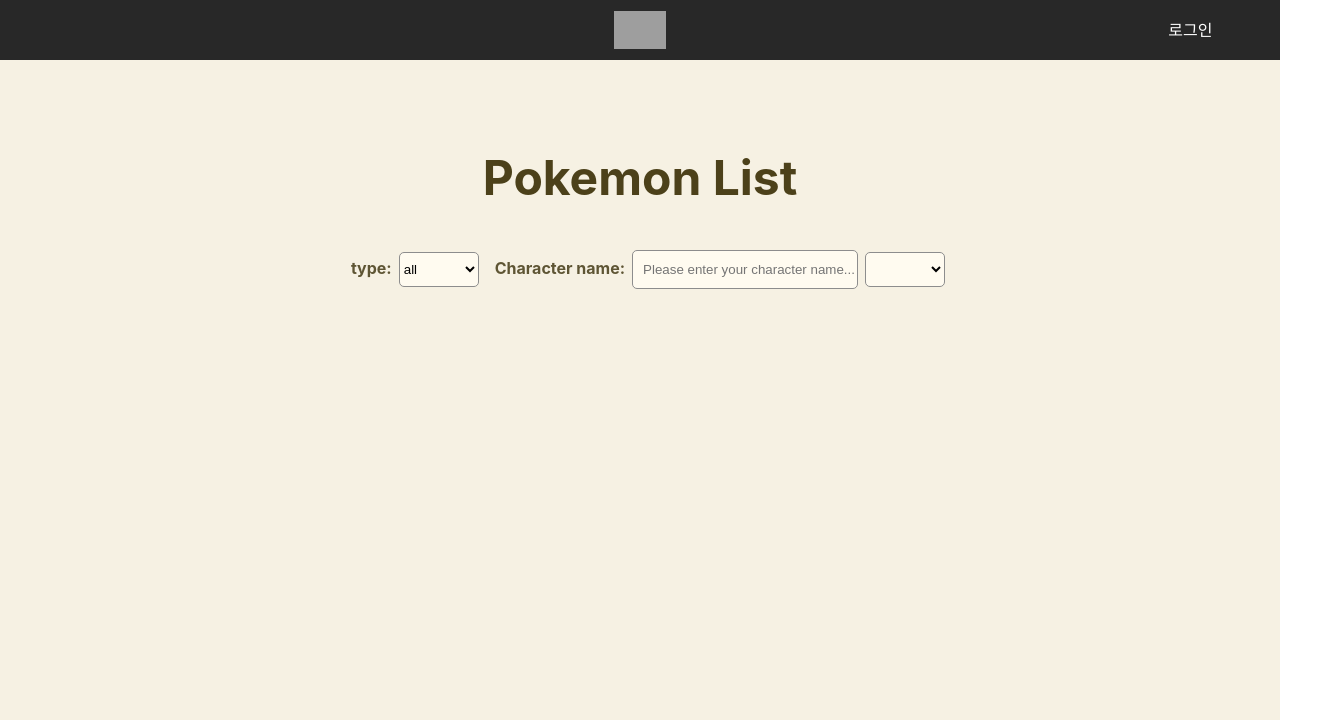
Repository: LeeYuNa0402/pokemon_vite
Page: /
An editor plug-in stored every save of this project. The page is shown before and after a run of saves, followed by the edit.
The browser window is 1280 px wide. The page is 1340 px wide, so the pictures cover 1340 px, including what lies to the right of the window. The pictures show the whole page.
Pictures or frames that could not be fetched are drawn as grey boxes. The page's requests for data from a server got no answer. The project was rebuilt for these pictures with package versions that can differ from the ones it lists, and the page was loaded fresh each time. No one was signed in, and anything a server would have sent is missing. Also part of the build but not shown: vite.config.ts, src/css/pokemon_type.css, src/PokemonDetail.tsx, src/Login.tsx, src/LoginInfo.tsx.

Above is the page before, as saved 2023-10-10 10:55:34.

### src/main.tsx
// import React from "react";
// import ReactDOM from "react-dom/client";
// import App from "./App.tsx";
// import "./index.css";

// ReactDOM.createRoot(document.getElementById("root")!).render(
//   <>
//     <App />
//   </>
// );

import ReactDOM from "react-dom/client";
import "./index.css";
import App from "./App";
import PokemonDetail from "./PokemonDetail";
import Login from "./Login";
import LoginInfo from "./LoginInfo";

import { createBrowserRouter, RouterProvider } from "react-router-dom";

const router = createBrowserRouter([
  {
    path: "/",
    element: <App />,
  },
  {
    path: ":name",
    element: <PokemonDetail />,
  },
  {
    path: "Login",
    element: <Login />,
  },
  {
    path: "LoginInfo",
    element: <LoginInfo />,
  },
]);

// const router = createBrowserRouter([
//   {
//     path: "/",
//     element: <Login />,
//   },
//   {
//     path: ":name",
//     element: <PokemonDetail />,
//   },
//   {
//     path: "App",
//     element: <App />,
//   },
//   {
//     path: "LoginInfo",
//     element: <LoginInfo />,
//   },
// ]);

const root = ReactDOM.createRoot(
  document.getElementById("root") as HTMLElement
);
root.render(<RouterProvider router={router} />);

### src/App.tsx
import PokemonList from "./PokemonList";

const App = () => {
  return (
    <div>
      <PokemonList />
    </div>
  );
};

export default App;

### src/PokemonList.tsx
import { useEffect, useState } from "react";
import axios from "axios";
import { useNavigate } from "react-router-dom";
import "./css/reset.css";
import "./css/style.css";
import CombineMenu from "./CombineMenu";
import Loading from "./Loading";

const PokemonList = () => {
  const navigate = useNavigate();
  // const { state } = useLocation();
  const [data, setData] = useState<any>([]);

  const [loading, setLoading] = useState(true);

  const [filterInput, setFilterInput] = useState("");
  const [filterSelect, setFilterSelect] = useState("all");
  const [sortName, setSortName] = useState("");
  const filterOptions = [
    { value: "all", name: "all" },
    { value: "grass", name: "grass" },
    { value: "poison", name: "poison" },
    { value: "fire", name: "fire" },
    { value: "flying", name: "flying" },
    { value: "water", name: "water" },
    { value: "bug", name: "bug" },
    { value: "normal", name: "normal" },
  ];

  useEffect(() => {
    const fetchData = async () => {
      const pokemonData = [];

      for (let i = 1; i <= 20; i++) {
        try {
          const response = await axios.get(
            `https://pokeapi.co/api/v2/pokemon/${i}`
          );
          pokemonData.push(response.data);
        } catch (error) {
          console.log(error, `pokemon ${i}`);
        }
      }

      setData(pokemonData);
      setLoading(false);
    };

    fetchData();
  }, []);

  const filteredData = data.filter((item: any) => {
    if (item.name.toLowerCase().includes(filterInput.toLowerCase()) === false) {
      console.log("없음");
    } else {
      if (filterSelect === "all") {
        return item.name.toLowerCase().includes(filterInput.toLowerCase());
      } else {
        return (
          item.name.toLowerCase().includes(filterInput.toLowerCase()) &&
          item.types.some((type: any) => type.type.name === filterSelect)
        );
      }
    }
  });

  return (
    <div className="pokemon-list">
      {loading ? (
        <Loading />
      ) : (
        <>
          <CombineMenu />

          <h1 className="main-tit">Pokemon List</h1>
          <form className="pokemon-search">
            <label htmlFor="types">type:</label>
            <select
              id="types"
              value={filterSelect}
              onChange={(e) => {
                setFilterSelect(e.target.value);
              }}
            >
              {filterOptions.map((option) => (
                <option key={option.value} value={option.value}>
                  {option.name}
                </option>
              ))}
            </select>

            <label htmlFor="types">Character name:</label>
            <input
              type="text"
              placeholder="Please enter your character name..."
              value={filterInput}
              onChange={(e) => {
                setFilterInput(e.target.value);
              }}
              className="search_input"
            />

            <select
              value={sortName}
              onChange={(e) => setSortName(e.target.value)}
            ></select>
          </form>
          <ul className="pokemon-cont">
            {filteredData?.map((item: any, index: number) => (
              <li
                onClick={() =>
                  navigate(item.name, {
                    state: {
                      name: item.name,
                      height: item.height,
                      weight: item.weight,
                      front_shiny: item.sprites.front_default,
                    },
                  })
                }
                key={`list_${index}`}
              >
                <span className="order"># {item.order}</span>
                <h2 className="name">{item.name}</h2>
                <img key={`list_${index}`} src={item.sprites.front_shiny} />

                <div>
                  {item?.types?.map((item: any, idx: any) => (
                    <p
                      key={`${idx}_${item.ability}`}
                      className={
                        item.type.name == "grass"
                          ? "grass"
                          : item.type.name == "water"
                          ? "water"
                          : item.type.name == "fire"
                          ? "fire"
                          : item.type.name == "bug"
                          ? "bug"
                          : item.type.name == "normal"
                          ? "normal"
                          : item.type.name == "poison"
                          ? "poison"
                          : item.type.name == "flying"
                          ? "flying"
                          : ""
                      }
                    >
                      {item.type.name}
                    </p>
                  ))}
                </div>
              </li>
            ))}
          </ul>
        </>
      )}
    </div>
  );
};

export default PokemonList;

### src/css/reset.css
html,
body,
div,
span,
applet,
object,
iframe,
h1,
h2,
h3,
h4,
h5,
h6,
p,
blockquote,
pre,
a,
abbr,
acronym,
address,
big,
cite,
code,
del,
dfn,
em,
img,
ins,
kbd,
q,
s,
samp,
small,
strike,
strong,
sub,
sup,
tt,
var,
b,
u,
i,
center,
dl,
dt,
dd,
ol,
ul,
li,
fieldset,
form,
label,
legend,
table,
caption,
tbody,
tfoot,
thead,
tr,
th,
td,
article,
aside,
canvas,
details,
embed,
figure,
figcaption,
footer,
header,
hgroup,
menu,
nav,
output,
ruby,
section,
summary,
time,
mark,
audio,
video {
  margin: 0;
  padding: 0;
  border: 0;
  font-size: 100%;
  font: inherit;
  vertical-align: baseline;
  /* color: #000; */
}
/* HTML5 display-role reset for older browsers */
article,
aside,
details,
figcaption,
figure,
footer,
header,
hgroup,
menu,
nav,
section {
  display: block;
}
body {
  line-height: 1;
}
ol,
ul {
  list-style: none;
}
blockquote,
q {
  quotes: none;
}
blockquote:before,
blockquote:after,
q:before,
q:after {
  content: "";
  content: none;
}
table {
  border-collapse: collapse;
  border-spacing: 0;
}

### src/css/style.css
#root {
  display: flex;
  justify-content: center;
  align-items: flex-start;
  /* height: 100vh; */
  /* background-color: rgba(26, 82, 142, 1);
    background-image: linear-gradient(to top, #304667, #041f4c);
    background: linear-gradient(to top, #304667, rgba(66, 16, 100, 0.6)),
      url(../image/cloude.png) no-repeat right 0; */
  background-color: #f6f1e3;
  /* padding: 8rem 0 8rem; */
  min-height: 100vh;
  width: 100%;
}

.pokemon-detail {
  text-align: center;
  width: 41%;
  background-color: #fcfcfc;
  border-radius: 20px;
  padding: 4rem 0;
  --tw-shadow: 0 4px 6px -1px rgb(0 0 0 / 0.1), 0 2px 4px -2px rgb(0 0 0 / 0.1);
  --tw-shadow-colored: 0 4px 6px -1px var(--tw-shadow-color),
    0 2px 4px -2px var(--tw-shadow-color);
  box-shadow: var(--tw-ring-offset-shadow, 0 0 #0000),
    var(--tw-ring-shadow, 0 0 #0000), var(--tw-shadow);
}

.pokemon-detail .name {
  font-size: 2rem;
  font-weight: bold;
  color: #746b4a;
}

.pokemon-detail .detail-img {
  width: 20%;
  border: 1px solid #8d7e49;
  margin: 1rem 0;
  --tw-shadow: 0 4px 6px -1px rgb(0 0 0 / 0.1), 0 2px 4px -2px rgb(0 0 0 / 0.1);
  --tw-shadow-colored: 0 4px 6px -1px var(--tw-shadow-color),
    0 2px 4px -2px var(--tw-shadow-color);
  box-shadow: var(--tw-ring-offset-shadow, 0 0 #0000),
    var(--tw-ring-shadow, 0 0 #0000), var(--tw-shadow);
  border-radius: 2%;
}

.pokemon-detail .characteristic {
  color: #282828;
}

.pokemon-detail .go-back-btn {
  position: absolute;
  top: 31%;
  left: 68.4%;
  transform: translate(-50%);
  background-color: #484848;
  /* width: 35px; */
  /* height: 35px; */
  border: none;
  border: 1px solid #484848;
  cursor: pointer;
  border-radius: 5px;
  transition: 0.3s;
  color: #fff;
  padding: 0.4rem 0.8rem;
}

.pokemon-detail .go-back-btn:hover {
  background-color: #fff;
  color: #000;
}

.pokemon-list {
  /* max-width: 1400px; */
  width: 100%;
  width: 1400px;
  margin-top: 11%;
}

.pokemon-list h1 {
  /* color: #ffc400;
    list-style: none;
    padding-left: 0px;
    text-align: center;
    margin-top: 0;
    font-size: 3rem;
    font-weight: bold; */
  /* padding-top: 5rem; */
}

.pokemon-list .order {
  font-size: 0.9rem;
  color: #b0a48b;
  position: absolute;
  top: 5%;
  left: 5%;
}

.main-tit {
  text-align: center;
  color: #4c411a;
  font-size: 3rem;
  font-weight: bold;
}

.pokemon-cont {
  display: flex;
  justify-content: flex-start;
  align-items: center;
  flex-wrap: wrap;
  list-style: none;
  padding-left: 0px;
  margin-top: 3rem;
  padding-bottom: 9rem;
}

.pokemon-cont li {
  position: relative;
  background-color: #fcfcfc;
  width: 24%;
  padding: 2rem 1rem;
  margin-bottom: 1rem;
  margin-right: 1%;
  text-align: center;
  cursor: pointer;
  transition: 0.3s;
  color: #6e623c;
  font-weight: bold;
  font-size: 1.1rem;
  --tw-shadow: 0 4px 6px -1px rgb(0 0 0 / 0.1), 0 2px 4px -2px rgb(0 0 0 / 0.1);
  --tw-shadow-colored: 0 4px 6px -1px var(--tw-shadow-color),
    0 2px 4px -2px var(--tw-shadow-color);
  box-shadow: var(--tw-ring-offset-shadow, 0 0 #0000),
    var(--tw-ring-shadow, 0 0 #0000), var(--tw-shadow);
  border-radius: 18px;
  box-sizing: border-box;
}

.pokemon-cont li:hover {
  transform: scale(1.05);
}

.pokemon-cont li:nth-child(4n) {
  margin-right: 0;
}

.pokemon-detail {
  text-align: center;
  margin: 29vh 0;
}
.pokemon-name {
  font-size: 2rem;
  font-weight: bold;
  color: #ffc400;
}

.main-cha {
  border: 1px solid gray;
  padding: 3rem;
  margin: 1rem 0;
  transition: 0.2s;
  --tw-shadow: 0 4px 6px -1px rgb(0 0 0 / 0.1), 0 2px 4px -2px rgb(0 0 0 / 0.1);
  --tw-shadow-colored: 0 4px 6px -1px var(--tw-shadow-color),
    0 2px 4px -2px var(--tw-shadow-color);
  box-shadow: var(--tw-ring-offset-shadow, 0 0 #0000),
    var(--tw-ring-shadow, 0 0 #0000), var(--tw-shadow);
}

.main-cha:hover {
}

.s-cha {
  border: 1px solid #e8e8e8;
  padding: 1rem;
  margin-right: 1%;
  background-color: #fafafa;
  transition: 0.2s;
  margin-top: 3rem;
}
.s-cha:last-child {
  margin-right: 0;
  margin-top: 1%;
}
.s-cha:hover {
  --tw-shadow: 0 4px 6px -1px rgb(0 0 0 / 0.1), 0 2px 4px -2px rgb(0 0 0 / 0.1);
  --tw-shadow-colored: 0 4px 6px -1px var(--tw-shadow-color),
    0 2px 4px -2px var(--tw-shadow-color);
  box-shadow: var(--tw-ring-offset-shadow, 0 0 #0000),
    var(--tw-ring-shadow, 0 0 #0000), var(--tw-shadow);
}

.abilities {
  display: flex;
  justify-content: center;
  align-items: center;
}
.abilities > div {
  margin-right: 5px;
}

/* ***********************login 페이지************************* */
.Login {
  /* background-color: #f5f5f9;
    width: 100%;
    height: 100vh;
    padding-top: 23vh; */
  padding: 12rem 0;
}
.login-cont {
  background-color: #fcfcfc;
  width: 20%;
  margin: 0 auto;
  padding: 1rem;
  /* text-align: center; */
  padding: 3.5rem 3rem 5rem;
  --tw-shadow: 0 4px 6px -1px rgb(0 0 0 / 0.1), 0 2px 4px -2px rgb(0 0 0 / 0.1);
  --tw-shadow-colored: 0 4px 6px -1px var(--tw-shadow-color),
    0 2px 4px -2px var(--tw-shadow-color);
  box-shadow: var(--tw-ring-offset-shadow, 0 0 #0000),
    var(--tw-ring-shadow, 0 0 #0000), var(--tw-shadow);
  border-radius: 10px;
  color: #373737;
}

.forgot-pass {
  position: absolute;
  right: 0;
  top: 0;
  color: #696cff;
  font-size: 0.8rem;
}

.password-wrap {
  position: relative;
}
.fontawesome-eye {
  position: absolute;
  right: 2%;
  padding: 5px;
  /* border: 1px solid red; */
  top: 37%;
  cursor: pointer;
}
.Login .pokemon-logo {
  width: 43%;
  display: block;
  margin: 0 auto 2rem;
}

.Login h2 {
  font-size: 1.2rem;
  margin-bottom: 0.2rem;
}

.Login p {
  font-size: 1rem;
}
.Login form {
  margin: 2rem 0 1.3rem;
}
.Login form input {
  width: 100%;
  padding: 0.6rem 0.2rem;
  margin-top: 7px;
  border-radius: 7px;
  outline: 0;
  border: 1px solid #c7cdd4;
  border-radius: 0.375rem;
  box-sizing: border-box;
}

.Login form input:focus {
  outline: none;
  border-color: #696cff !important;
}

.Login form label {
  display: block;
  text-align: left;
  font-weight: bold;
  color: #4f4d4d;
  cursor: pointer;
}

.Login .sign-in {
  display: block;
  margin: 0 auto;
  background: linear-gradient(to bottom, rgb(57 42 88) 0%, rgb(68 79 116) 100%);
  color: white;
  padding: 10px 30px;
  border: 1px solid rgba(0, 0, 0, 0.21);
  border-bottom: 4px solid rgb(39 49 83);
  border-radius: 4px;
  text-shadow: 0 1px 0 rgba(0, 0, 0, 0.15);
  transition: 0.3s;
  width: 100%;
  cursor: pointer;
}

.Login .sign-in:hover {
  transform: translateY(5px);
  background: linear-gradient(to bottom, rgb(48 34 76) 0%, rgb(60 72 112) 100%);
}

.Login .check-remember input {
  width: auto;
}

.Login label {
  font-size: 0.9rem;
}

.Login input {
  margin-bottom: 15px;
}
.Login input[type="password"] {
  /* margin-bottom: 8px; */
}

.Login input[type="checkbox"] {
  margin-right: 5px;
}

button[disabled] {
  background: linear-gradient(
    to bottom,
    rgb(196 200 203) 0%,
    rgb(154 154 154) 100%
  ) !important;
  cursor: default !important;
  border-bottom: 4px solid rgb(142 145 146) !important;
}
button[disabled]:hover {
  transform: translateY(0) !important;
}
.create-account-wrap {
  text-align: center;
  margin-top: 1rem;
}
.create-account {
  color: #696cff;
}

/* ***********************LoginInfo 페이지************************* */
.logininfo {
  text-align: center;
  background-color: #ededed;
  padding: 5rem;
  border-radius: 15px;

  width: 19%;
}

.logininfo .member {
  font-size: 1.8rem;
  font-weight: bold;
  margin-bottom: 6rem;
}

.logininfo button {
  margin: 0 auto;
  color: white;
  border: 1px solid rgba(0, 0, 0, 0.21);
  border-radius: 4px;
  text-shadow: 0 1px 0 rgba(0, 0, 0, 0.15);
  transition: 0.3s;
  width: 49%;
  cursor: pointer;
  height: 45px;
  line-height: 44px;

  background: linear-gradient(to bottom, rgb(57 42 88) 0%, rgb(68 79 116) 100%);
  border: 1px solid rgba(0, 0, 0, 0.21);
  border-bottom: 4px solid rgb(39 49 83);
}

.logininfo button:first-child {
  margin-right: 1%;
}

/* .combine-menu */
.combine-menu {
  width: 100%;
  position: fixed;
  top: 0;
  height: 60px;
}

.combine-menu .login {
}

.combine-menu .profile {
  color: #fff;
  position: absolute;
  right: 2%;
  top: 50%;
  transform: translateY(-50%);
  display: flex;
  justify-content: space-around;
  align-items: center;
  width: 10%;
}
.combine-menu .profile .profile-name {
  text-shadow: 0 0 4px #fed22c;
  animation: flicker 1.5s infinite alternate;
  display: flex;
  justify-content: center;
  align-items: center;
}

.combine-menu .profile .name img {
  vertical-align: sub;
  margin-right: 5px;
}

@keyframes flicker {
  /* 0%,
    18%,
    22%,
    25%,
    53%,
    57%,
    100% {
      text-shadow: 0 0 4px #fff, 0 0 11px #fff, 0 0 20px rgb(241, 255, 43);
    }
    20%,
    24%,
    55% {
      text-shadow: none;
    } */
  50% {
    /* opacity: 0; */
    text-shadow: none;
  }
}

.combine-menu {
  width: 100%;
  background-color: #282828;
  position: fixed;
  left: 0;
  top: 0;
  display: flex;
  justify-content: center;
  align-items: center;
  color: #fff;
  z-index: 2;
}

.combine-menu .login {
  cursor: pointer;
  color: #fff;
  transition: 0.2s;
}

.combine-menu .login:hover {
  color: #f6c50b;
}

.combine-menu .logo {
  width: 4%;
}

.appear {
  display: block;
}

.disappear {
  display: none;
}

/* loading */
.loading {
  font-size: 4rem;
  color: #000;
  font-weight: bold;
  text-align: center;
}

.pokemon-search {
  text-align: center;
  margin-top: 3rem;
}

.pokemon-search label {
  margin-left: 1rem;
  font-weight: bold;
  color: #5e5534;
}

.pokemon-search input {
  width: 220px;
}
.pokemon-search select {
  width: 80px;
}

.pokemon-search input::placeholder {
  padding-left: 8px;
}

.pokemon-search input,
.pokemon-search select {
  margin-left: 7px;
  border-radius: 5px;
  border: 1px solid #8d8d8d;
  height: 35px;
  background-color: #fffbf0;
  color: #000;
}
.pokemon-search input:focus,
.pokemon-search select:focus {
  outline: none;
}

### src/CombineMenu.tsx
import { useNavigate } from "react-router-dom";
import "./css/style.css";

const CombineMenu = () => {
  const navigate = useNavigate();

  const onClickImg = () => {
    navigate(`/Login`);
  };

  // console.log(sessionStorage.getItem("key"), "<===이거 확인중");

  const logoutBtn = () => {
    sessionStorage.removeItem("key");
    localStorage.removeItem("key");
    window.location.reload();
  };

  return (
    <div className="combine-menu">
      <img
        className="logo"
        src="https://lh3.googleusercontent.com/3TSaKxXGo2wT0lu0AyNUBnkk6wkCC2AzOhJyy3JXIPm-AmZ1k9DSAroWeBUyePswCZSs5lVp3mPF7HzUpY9VPlyOV5eddITONINr3WSqLNLm=e365-w1860"
      />

      <div className="profile">
        <div>
          {/* <img
            src="https://file.valofe.com/Valofe_file/web/vfun/images/common/grade/g-new.png"
            alt="g-new"
          /> */}

          {sessionStorage.getItem("key") === null &&
          localStorage.getItem("key") === null
            ? ""
            : sessionStorage.getItem("key") !== null
            ? `${sessionStorage.getItem("key")}님`
            : localStorage.getItem("key") !== null
            ? `${localStorage.getItem("key")}님`
            : ""}
        </div>

        <div className="login" onClick={onClickImg}>
          {sessionStorage.getItem("key") === null &&
          localStorage.getItem("key") === null
            ? "로그인"
            : ""}
          {/* 로그인 */}
        </div>

        <div className="login" onClick={logoutBtn}>
          {sessionStorage.getItem("key") === null &&
          localStorage.getItem("key") === null
            ? ""
            : "로그아웃"}
        </div>
      </div>
    </div>
  );
};

export default CombineMenu;

### src/Loading.tsx
import "./css/style.css";

const Loading = () => {
  return <div className="loading">로딩중....</div>;
};

export default Loading;

Loaded but not shown: index.html (common file); src/index.css (common file)

After the next 2 saves:
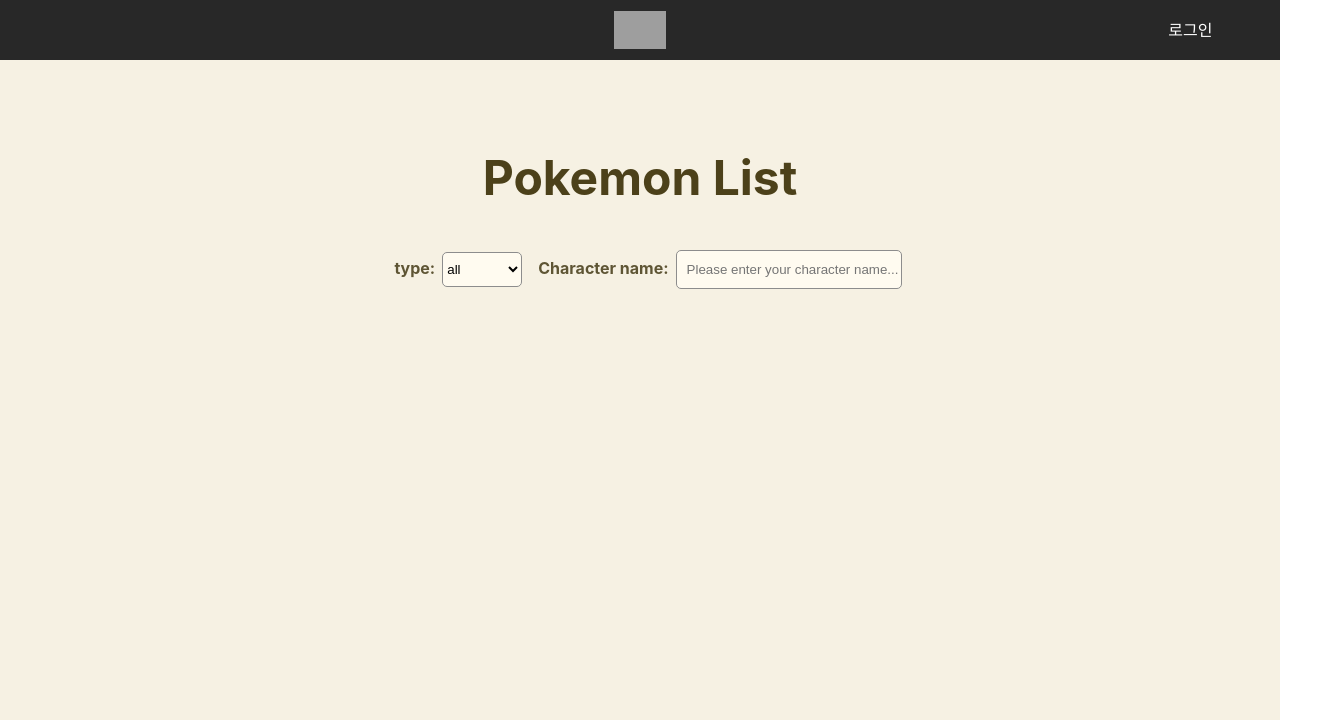
The 2 saves are shown as one change because they came seconds apart.
The last was saved 6 days later.
--- a/src/PokemonList.tsx
+++ b/src/PokemonList.tsx
@@ -15,7 +15,6 @@
 
   const [filterInput, setFilterInput] = useState("");
   const [filterSelect, setFilterSelect] = useState("all");
-  const [sortName, setSortName] = useState("");
   const filterOptions = [
     { value: "all", name: "all" },
     { value: "grass", name: "grass" },
@@ -99,11 +98,6 @@
               }}
               className="search_input"
             />
-
-            <select
-              value={sortName}
-              onChange={(e) => setSortName(e.target.value)}
-            ></select>
           </form>
           <ul className="pokemon-cont">
             {filteredData?.map((item: any, index: number) => (
